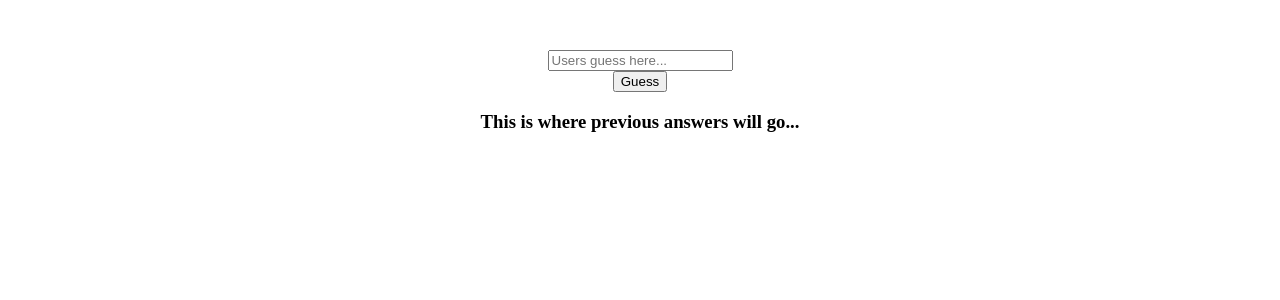
Repository: BAAMOSK/hotandcold
Page: /
These files come from the project's save history. The page is drawn as it stood at one moment and after the next save; the edit follows.
The browser window is 1280 px wide. The pictures show the whole page.
The project was rebuilt for these pictures with package versions that can differ from the ones it lists, and the page was loaded fresh each time.

Above is the page before, as saved 2017-05-16 03:34:45.

### src/index.js
import React from 'react';
import ReactDOM from 'react-dom';
import Game from './components/game';


ReactDOM.render(<Game />, document.getElementById('root'));

### src/components/game.js
//This is the high level component
import React from 'react';
//guess is the user input
import Guess from './guess';
//response is the aggregate answers
import Response from './response';
import './game.css';

export default function Game() {
  return (
    <div className="game">
      <Guess />
      <Response />
    </div>
  );
}

### src/components/guess.js
import React from 'react';

const guess = 'Users guess here...'
export default function Guess(props) {
  return (
    <div>
      <input type="textarea" placeholder={guess}/>
      <br />
      <button>Guess</button>
    </div>
  );
};

### src/components/response.js
import React from 'react';

const answer = 'This is where previous answers will go...'

export default function Response() {
  return (
    <h3>
      {answer}
    </h3>
  );
};

### src/components/game.css
.game {
  text-align: center;
  margin-top: 50px;
}

### src/components/guess.css
button {
  margin-top: 30px;
}

Loaded but not shown: public/index.html (common file)

After the next save:
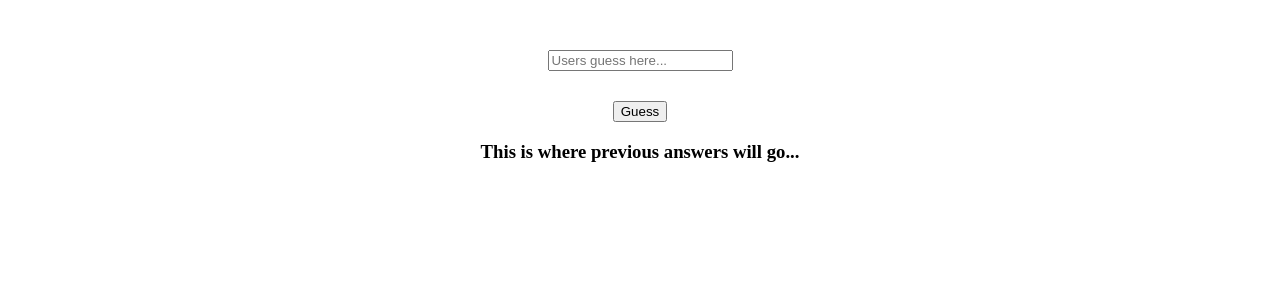
Saved 11 s later.
--- a/src/components/guess.js
+++ b/src/components/guess.js
@@ -1,5 +1,5 @@
 import React from 'react';
-
+import './guess.css';
 const guess = 'Users guess here...'
 export default function Guess(props) {
   return (
